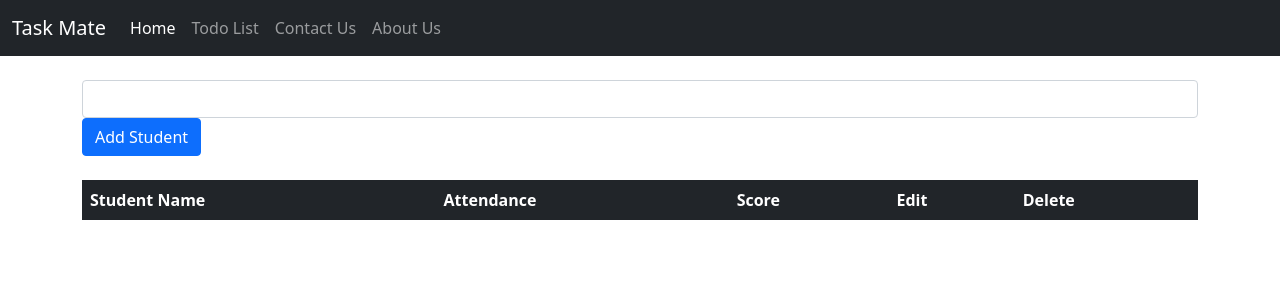
Repository: itathagata/Registration_System
Page: http://localhost/todolist/?pg=1
The author's editor kept a copy of each file at every save. The page is drawn from the files as they stood at one save, then again after the next save.
The browser window is 1280 px wide. The pictures show the whole page.
The page is served by the project's application, run on Django 2.2 (manage.py). Other server files are loaded and not shown. Queries for data that is not in the repository find no rows.

Above is the page before, as saved 2021-06-03 21:55:39.

### todolist_app/views.py
from django.http.response import HttpResponse
from django.shortcuts import redirect, render
from django.http import HttpResponse
from todolist_app.models import TaskList
from .forms import TaskForm
from django.contrib import messages
# Create your views here.
context = {'welcome':"Welcome to Todo List Page.",
    'contact_text':"Welcome to Todo List Contact Page.",
    'about_text':"Welcome to Todo List About Page."}
def todolist(request):
    if request.method == "POST":
        form = TaskForm(request.POST or None)
        if form.is_valid():
            form.save()
            messages.success(request,("New Student Added!"))
        return redirect('todolist')
    else:
        all_tasks = TaskList.objects.all
        return render(request, 'todolist.html',{'all_tasks':all_tasks})

def contact(request):
    return render(request, 'contact.html',context)


def about(request):
    return render(request, 'about.html',context)

### todolist_app/templates/todolist.html
{% extends 'base.html' %}
{% block title %}
<title>TodoList Manager</title>
{% endblock title %}

{% block content %}
<div class="container">
</br>
  {%if messages %}
    {% for message in messages%}
      <div class="alert alert-warning alert-dismissible fade show" role="alert">
        {{ message }}
          <button type="button" class="btn-close" data-bs-dismiss="alert" aria-label="Close">
          </button>
      </div>
    {% endfor %}
  {% endif %}
  <form method = "POST">
    {% csrf_token %}
    <div class = "form-group">
      <input type="text" class = "form-control " name = "task">
    </div>

  <button type="submit" class="btn btn-primary">Add Student</button>
</form>
</br>
    <table class="table table-dark table-hover">
  <thead>
    <tr>
      <th scope="col">Student Name</th>
      <th scope="col">Attendance</th>
      <th scope="col">Score</th>
      <th scope="col">Edit</th>
      <th scope="col">Delete</th>
    </tr>
  </thead>
    <tbody>
    {% if all_tasks %}
      {%for obj in all_tasks%}
        {% if obj.Attendance %}
            <tr class="table-success">
            <td>{{ obj.id }} | {{ obj.Student_Name }}</td>
            <td>Safe</td>
            <td>{{ obj.Score }}</td>
            <td>Edit</td>
            <td>Delete</td>
            </tr>
        {% else %}
            <tr class="table-danger">
            <td>{{ obj.id }} | {{ obj.Student_Name }}</td>
            <td>Unsafe</td>
            <td>{{ obj.Score }}</td>
            <td>Edit</td>
            <td>Delete</td>
            </tr>
        {% endif %}
       {% endfor %}
    {% endif %}
     </tbody>
</table>
    </div>
{% endblock content %}

### templates/base.html
<!doctype html>
<html lang="en">
  <head>
    <!-- Required meta tags -->
    <meta charset="utf-8">
    <meta name="viewport" content="width=device-width, initial-scale=1">

    <!-- Bootstrap CSS -->
    <link href="https://cdn.jsdelivr.net/npm/bootstrap@5.0.1/dist/css/bootstrap.min.css" rel="stylesheet" integrity="sha384-+0n0xVW2eSR5OomGNYDnhzAbDsOXxcvSN1TPprVMTNDbiYZCxYbOOl7+AMvyTG2x" crossorigin="anonymous">

    {% block title %}{% endblock title %}
    <nav class="navbar navbar-expand-lg navbar-dark bg-dark">
  <div class="container-fluid">
    <a class="navbar-brand" href="#">Task Mate</a>
    <button class="navbar-toggler" type="button" data-bs-toggle="collapse" data-bs-target="#navbarNavAltMarkup" aria-controls="navbarNavAltMarkup" aria-expanded="false" aria-label="Toggle navigation">
      <span class="navbar-toggler-icon"></span>
    </button>
    <div class="collapse navbar-collapse" id="navbarNavAltMarkup">
      <div class="navbar-nav">
        <a class="nav-link active" aria-current="page" href="{% url 'todolist'%}">Home</a>
        <a class="nav-link" href="{% url 'todolist'%}">Todo List</a>
        <a class="nav-link" href="{% url 'contact'%}">Contact Us</a>
        <a class="nav-link" href="{% url 'about'%}">About Us</a>
      </div>
    </div>
  </div>
</nav>
  </head>
  <body>
  {% block content %}{% endblock content %}

    <!-- Optional JavaScript; choose one of the two! -->

    <!-- Option 1: Bootstrap Bundle with Popper -->
    <script src="https://cdn.jsdelivr.net/npm/bootstrap@5.0.1/dist/js/bootstrap.bundle.min.js" integrity="sha384-gtEjrD/SeCtmISkJkNUaaKMoLD0//ElJ19smozuHV6z3Iehds+3Ulb9Bn9Plx0x4" crossorigin="anonymous"></script>

    <!-- Option 2: Separate Popper and Bootstrap JS -->
    <!--
    <script src="https://cdn.jsdelivr.net/npm/@popperjs/core@2.9.2/dist/umd/popper.min.js" integrity="sha384-IQsoLXl5PILFhosVNubq5LC7Qb9DXgDA9i+tQ8Zj3iwWAwPtgFTxbJ8NT4GN1R8p" crossorigin="anonymous"></script>
    <script src="https://cdn.jsdelivr.net/npm/bootstrap@5.0.1/dist/js/bootstrap.min.js" integrity="sha384-Atwg2Pkwv9vp0ygtn1JAojH0nYbwNJLPhwyoVbhoPwBhjQPR5VtM2+xf0Uwh9KtT" crossorigin="anonymous"></script>
    -->
  </body>
</html>

### taskmate/urls.py

from django.contrib import admin
from django.urls import path, include

urlpatterns = [
    path('admin/', admin.site.urls),
    path('todolist', include('todolist_app.urls'))
]

### todolist_app/urls.py
from todolist_app import views
from django.urls import path
urlpatterns = [
    path('/', views.todolist, name='todolist'),
    path('contact', views.contact, name='contact'),
    path('about-us', views.about, name='about'),

]

After the next save:
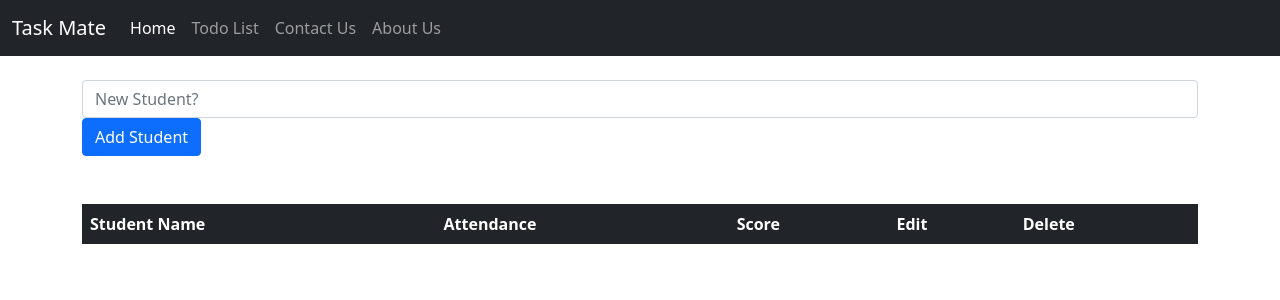
Saved 12 min 52 s later.
--- a/todolist_app/views.py
+++ b/todolist_app/views.py
@@ -2,7 +2,7 @@ from django.http.response import HttpResponse
 from django.shortcuts import redirect, render
 from django.http import HttpResponse
 from todolist_app.models import TaskList
-from .forms import TaskForm
+from todolist_app.forms import TaskForm
 from django.contrib import messages
 # Create your views here.
 context = {'welcome':"Welcome to Todo List Page.",
--- a/todolist_app/templates/todolist.html
+++ b/todolist_app/templates/todolist.html
@@ -6,23 +6,18 @@
 {% block content %}
 <div class="container">
 </br>
-  {%if messages %}
-    {% for message in messages%}
-      <div class="alert alert-warning alert-dismissible fade show" role="alert">
-        {{ message }}
-          <button type="button" class="btn-close" data-bs-dismiss="alert" aria-label="Close">
-          </button>
-      </div>
-    {% endfor %}
-  {% endif %}
-  <form method = "POST">
-    {% csrf_token %}
-    <div class = "form-group">
-      <input type="text" class = "form-control " name = "task">
+
+  <form method="POST">
+    {%csrf_token%}
+    <div class="form-group">
+          <input type="text" class="form-control" name="task" placeholder="New Student?">
     </div>
+    <button type="submit" class="btn btn-primary">Add Student</button>
+  </form>
 
-  <button type="submit" class="btn btn-primary">Add Student</button>
-</form>
+</br>
+
+
 </br>
     <table class="table table-dark table-hover">
   <thead>
